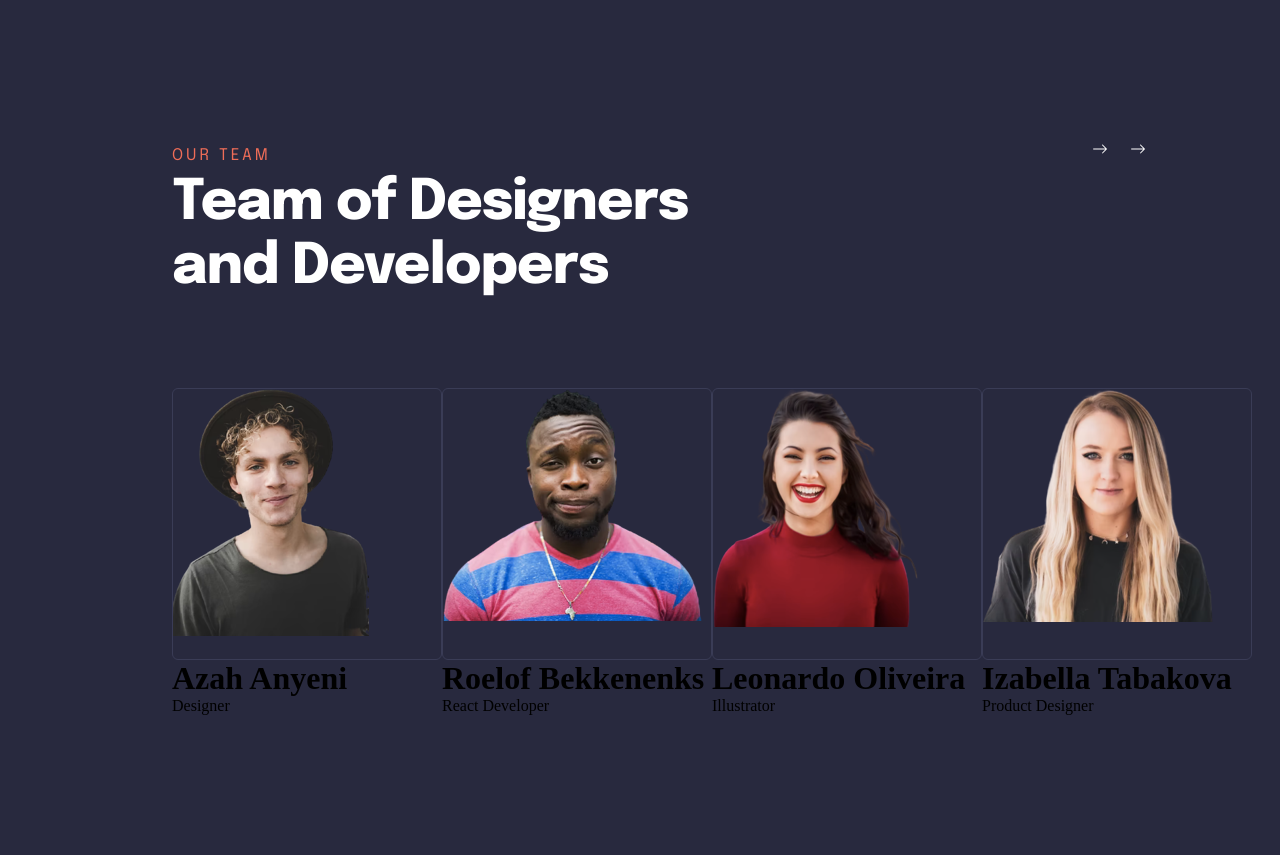
Repository: AytacJafarova/web-site
Page: index.html
The author's editor kept a copy of each file at every save. The page is drawn from the files as they stood at one save, then again after the next save.
The browser window is 1280 px wide. The pictures show the whole page.

Above is the page before, as saved 2023-08-15 14:46:28.

### index.html
<!DOCTYPE html>
<html lang="en">

<head>
    <meta charset="UTF-8">
    <meta name="viewport" content="width=device-width, initial-scale=1.0">
    <title>Document</title>
    <link rel="stylesheet" href="/index.css">
</head>

<body>
    <div class="container">
        <div class="our-team">
            <div class="team-texts">
                <h1>Our Team</h1>
                <h2>Team of Designers <br>and Developers</h2>
            </div>
            <div class="team-images">
                <div class="right">
                    <img src="/team images/Path.svg" alt="">
                    <img src="/team images/Path (1).svg" alt="">
                </div>
            </div>
        </div>
        <div class="developers">
            <ul>
                <li>
                    <div class="border">
                        <img src="./team images/Bitmap.svg" alt="">
                    </div>
                    <div class="texts">
                        <h1>Azah Anyeni </h1>
                        <p>Designer</p>
                    </div>
                </li>
                <li>
                    <div class="border">
                        <img src="./team images/Bitmap (1).svg" alt="">
                    </div>
                    <div class="texts">
                        <h1>Roelof Bekkenenks</h1>
                        <p>React Developer</p>
                    </div>
                </li>
                <li>
                    <div class="border">
                        <img src="./team images/Bitmap (2).svg" alt="">
                    </div>
                    <div class="texts">
                        <h1>Leonardo Oliveira </h1>
                        <p>Illustrator</p>
                    </div>
                </li>
                <li>
                    <div class="border">
                        <img src="./team images/Bitmap (3).svg" alt="">
                    </div>
                    <div class="texts">
                        <h1>Izabella Tabakova</h1>
                        <p>Product Designer</p>
                    </div>
                </li>
            </ul>
        </div>
    </div>
</body>

</html>

### index.css
@import url("https://fonts.googleapis.com/css2?family=Epilogue:wght@400;800&display=swap");
* {
  margin: 0;
  padding: 0;
  box-sizing: border-box;
}
.container {
  padding: 140px 135px 140px 172px;
  background: #28293e;
}
.our-team {
  display: flex;
  justify-content: space-between;
}
.our-team .team-texts h1 {
  color: var(--text-light-accent, #ef6d58);
  font-feature-settings: "clig" off, "liga" off;
  font-family: Epilogue;
  font-size: 16px;
  font-style: normal;
  font-weight: 400;
  line-height: 32px;
  letter-spacing: 3px;
  text-transform: uppercase;
}
.our-team .team-texts h2 {
  color: var(--text-light, #fff);
  font-feature-settings: "clig" off, "liga" off;
  font-family: Epilogue;
  font-size: 56px;
  font-style: normal;
  font-weight: 800;
  line-height: 64px;
  letter-spacing: -1px;
}
.team-images .right img {
  margin-left: 20px;
}
.developers {
  margin-top: 88px;
}
.developers ul {
  display: flex;
  justify-content: space-between;
}
.developers ul li {
  list-style-type: none;
}
.developers ul li:first-child img {
  width: 196px;
  height: 247px;
}

.developers ul li:nth-child(2) img{
  width: 259px;
  height: 232px;

}
.developers ul li .border {
  /* padding: 40px 40px 0 40px; */
  width: 270px;
  height: 272px;
  border-radius: 6px;
  border: 1px solid #3a3c56;
}
.developers ul li:nth-child(3) img {
  width: 205px;
  height: 238px;

}

.developers ul li:nth-child(4) img {
  width: 230px;
  height: 233px;
  flex-shrink: 0;
}

After the next save:
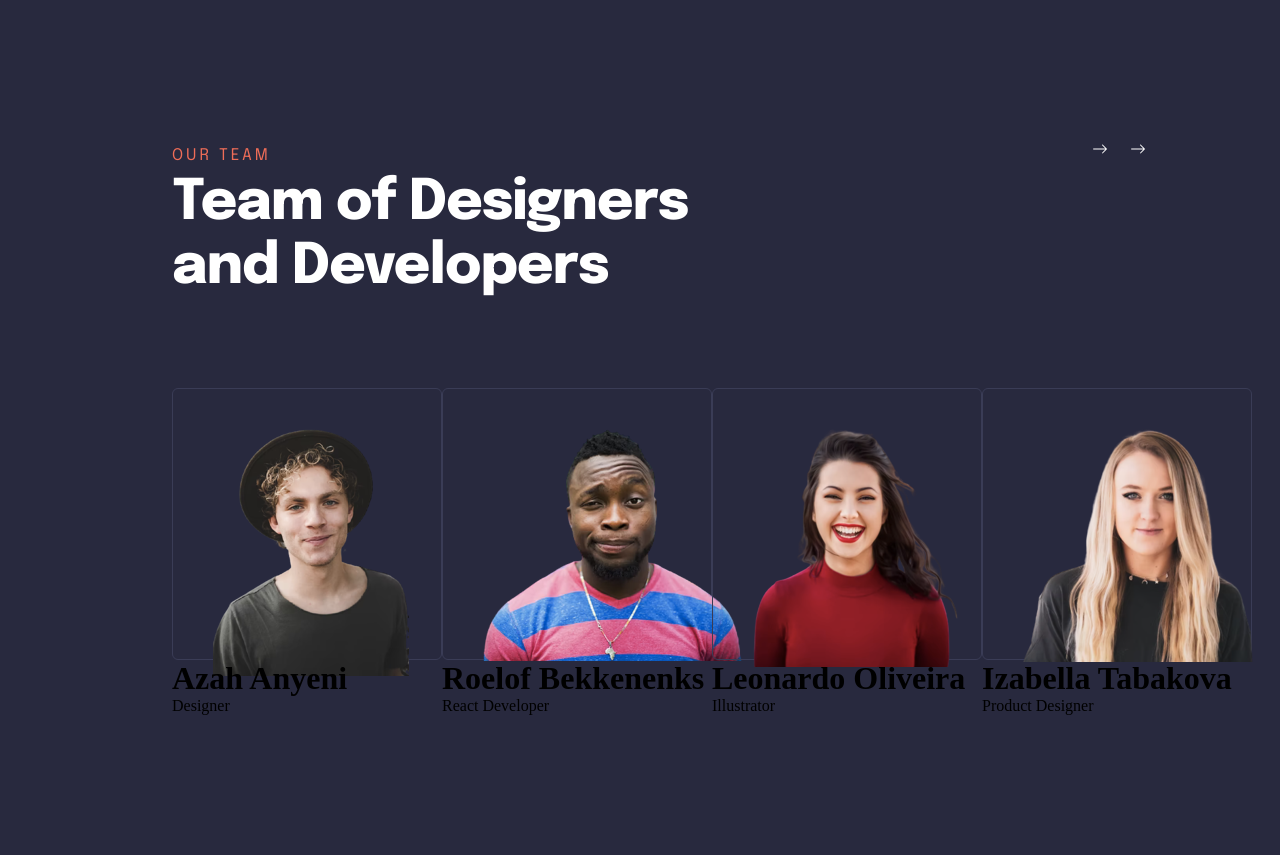
Saved 25 s later.
--- a/index.css
+++ b/index.css
@@ -57,7 +57,7 @@
 
 }
 .developers ul li .border {
-  /* padding: 40px 40px 0 40px; */
+  padding: 40px 40px 0 40px;
   width: 270px;
   height: 272px;
   border-radius: 6px;

After the save that followed:
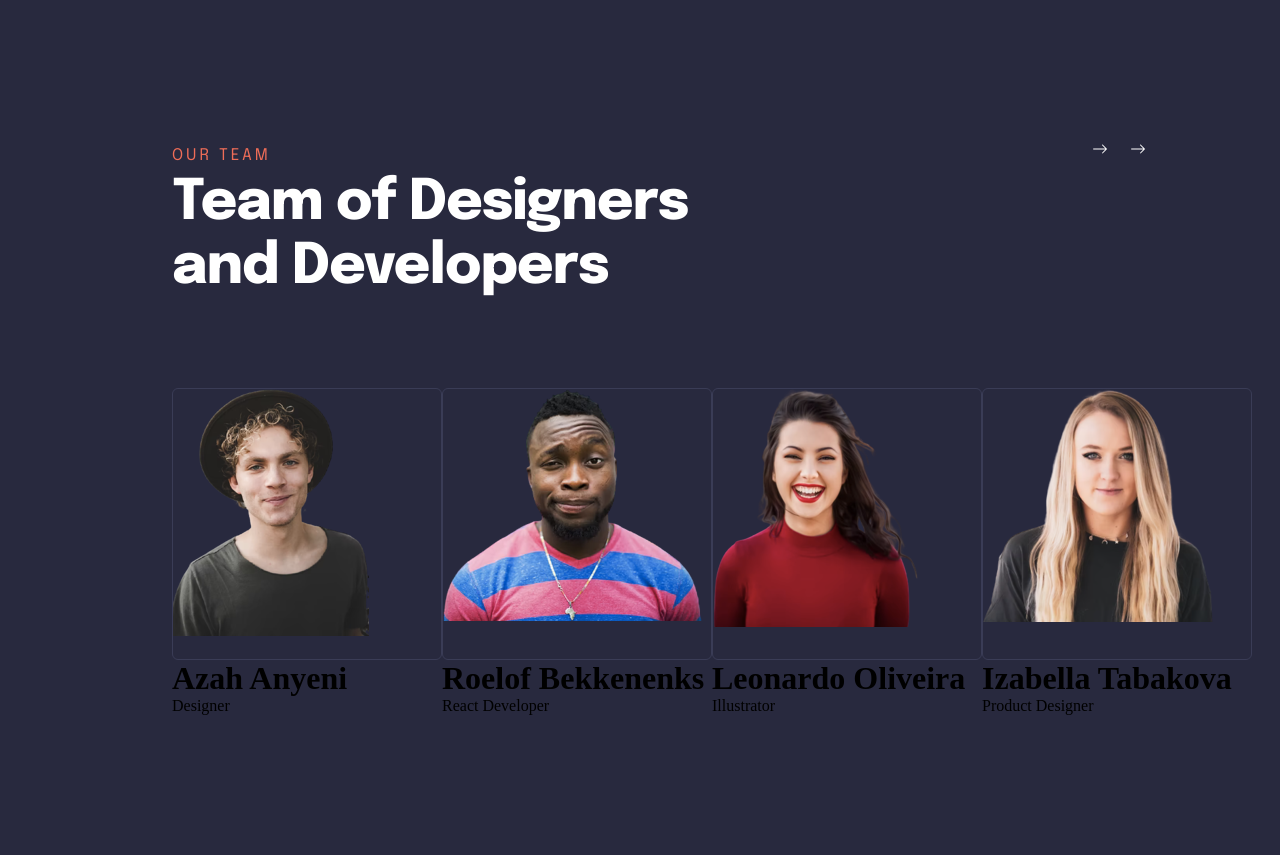
Saved 15 s later.
--- a/index.css
+++ b/index.css
@@ -57,7 +57,7 @@
 
 }
 .developers ul li .border {
-  padding: 40px 40px 0 40px;
+
   width: 270px;
   height: 272px;
   border-radius: 6px;
